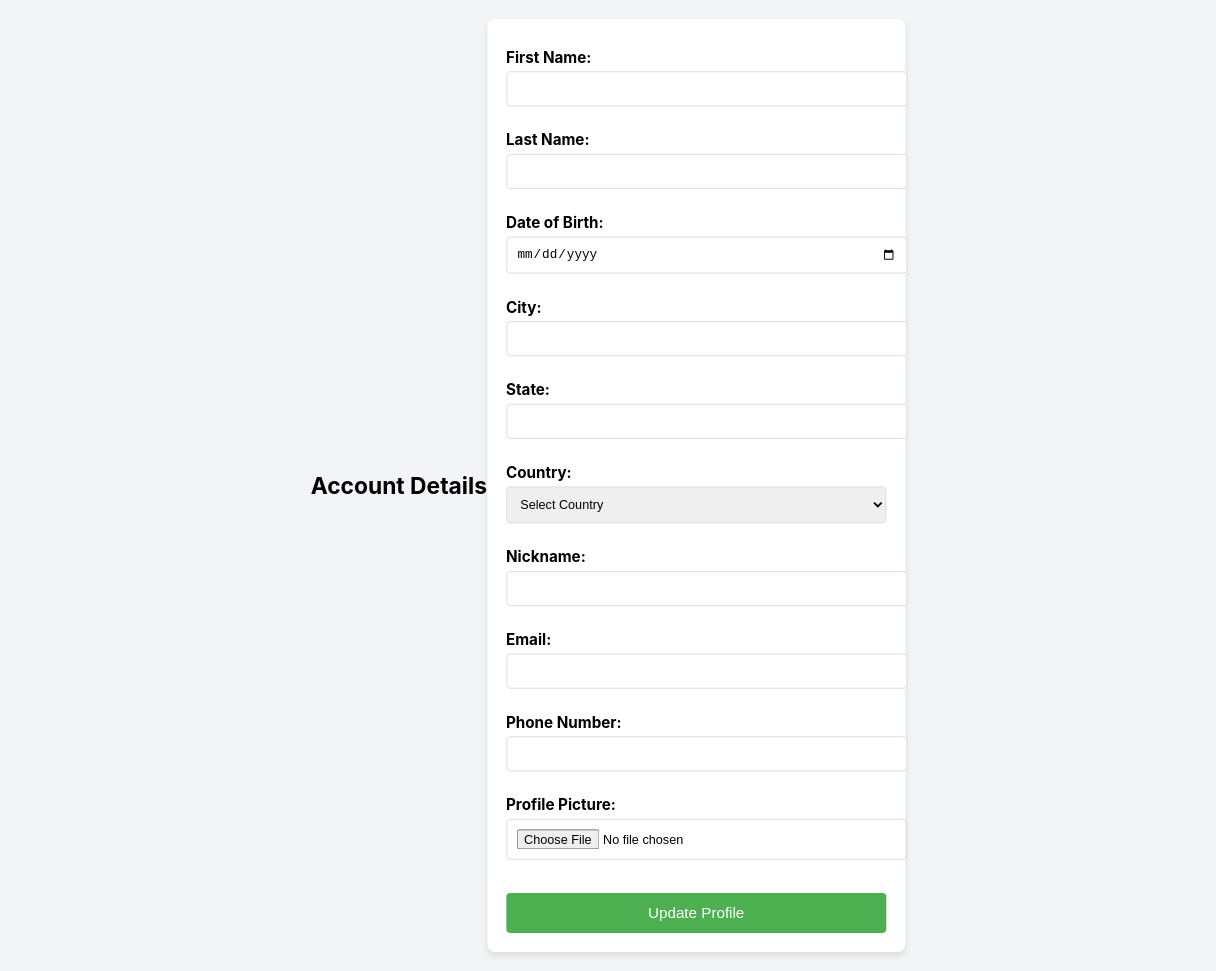
Repository: hamsaram14/dummy4
Page: /profile (app in frontend1/)
The author's editor kept a copy of each file at every save. The page is drawn from the files as they stood at one save, then again after the next save.
The browser window is 1280 px wide. The pictures show the whole page, at 95% of full size.
The page's requests for data from a server got no answer. The project was rebuilt for these pictures with package versions that can differ from the ones it lists, and the page was loaded fresh each time. No one was signed in, and anything a server would have sent is missing.

Above is the page before, as saved 2024-10-11 22:37:41.

After the next save:
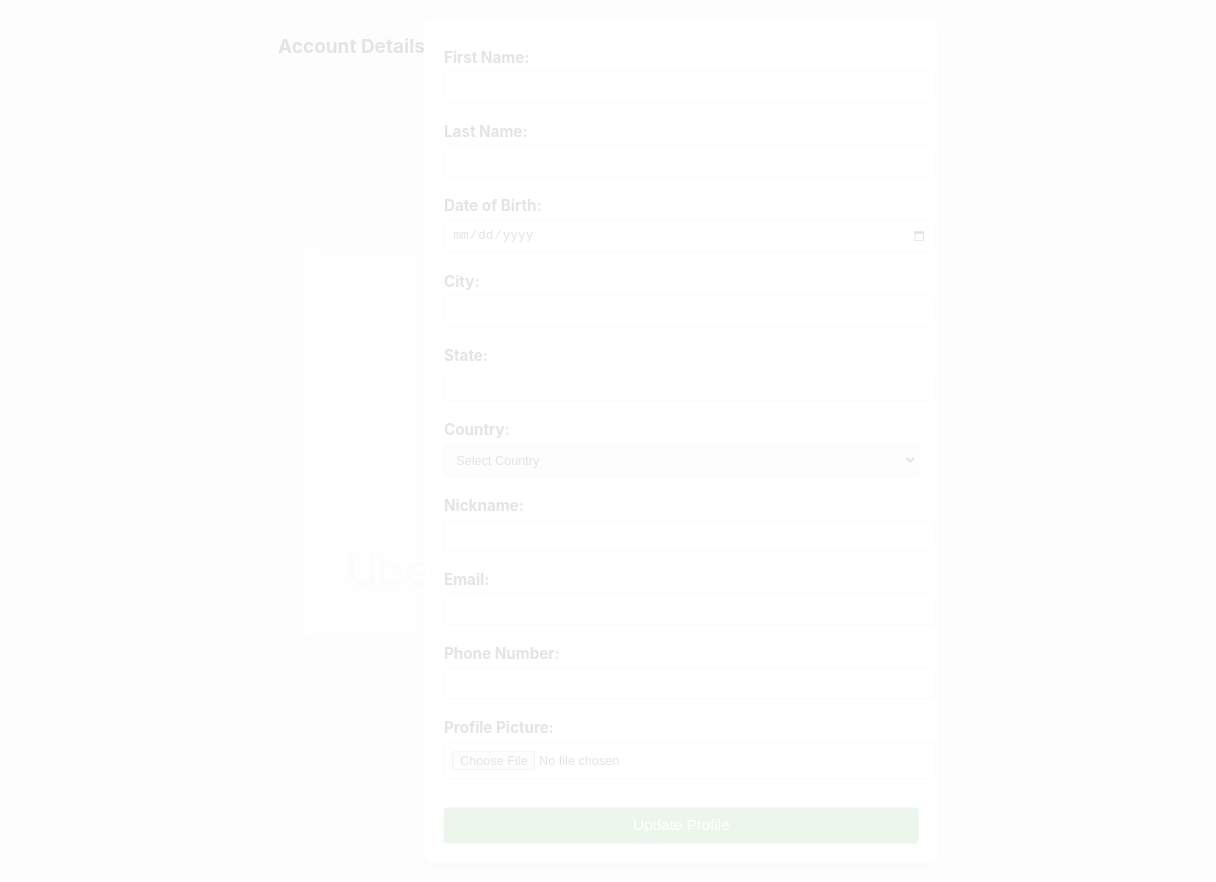
Saved 74 s later.
--- a/frontend1/src/components/ProfilePage.css
+++ b/frontend1/src/components/ProfilePage.css
@@ -1,50 +1,58 @@
-/* ProfilePage.css */
-
+/* Profile page container with background image */
 .profile-page {
     display: flex;
     justify-content: center;
-    align-items: center;
+    align-items: flex-start; /* Start from the top */
     min-height: 100vh;
     background-color: #f3f4f6;
+    background-image: url('/uber_eats.jpg'); /* Make sure this path is correct */
+    background-size: 50%; /* Adjust size as needed */
+    background-repeat: no-repeat;
+    background-position: center center;
+    background-blend-mode: overlay;
+    opacity: 0.1; /* Makes it look subtle */
     padding: 20px;
     position: relative;
-    overflow: hidden;
 }
 
-.profile-page h2 {
-    text-align: center;
-    margin-bottom: 20px;
-    font-size: 24px;
-    font-weight: bold;
-}
-
+/* Profile form container */
 .profile-container {
-    z-index: 1; /* Place content above the background */
+    max-width: 500px;
+    width: 100%;
     padding: 20px;
-    background-color: #fff;
+    background-color: #ffffff;
     border-radius: 8px;
     box-shadow: 0 4px 8px rgba(0, 0, 0, 0.1);
 }
 
+/* Styling the heading */
+.profile-page h2 {
+    text-align: left;
+    font-size: 20px;
+    font-weight: bold;
+    margin-bottom: 20px;
+}
+
+/* Adjust form styling */
 .profile-page label {
     display: block;
     margin-top: 10px;
     font-weight: bold;
 }
 
-.profile-page input,
-.profile-page select {
+.profile-page input, .profile-page select {
     width: 100%;
-    padding: 10px;
+    padding: 8px;
     margin-top: 5px;
-    margin-bottom: 15px;
+    margin-bottom: 10px;
     border: 1px solid #ddd;
     border-radius: 4px;
 }
 
+/* Styling the update button */
 .profile-page button {
     width: 100%;
-    padding: 12px;
+    padding: 10px;
     margin-top: 20px;
     background-color: #4CAF50;
     color: white;
@@ -53,24 +61,3 @@
     font-size: 16px;
     cursor: pointer;
 }
-
-.profile-page .message {
-    text-align: center;
-    color: green;
-    font-weight: bold;
-}
-
-.profile-page::before {
-    content: "";
-    background-image: url('http://localhost:3000/uber_eats.jpg'); /* Use the correct path from the public folder */
-    background-size: 50%; /* Adjust size as needed */
-    background-repeat: no-repeat;
-    background-position: center;
-    position: absolute;
-    top: 0;
-    left: 0;
-    width: 100%;
-    height: 100%;
-    opacity: 0.2; /* Makes the image look shadowed */
-    z-index: -1; /* Ensure it stays behind all other content */
-}

After the 4 saves that followed:
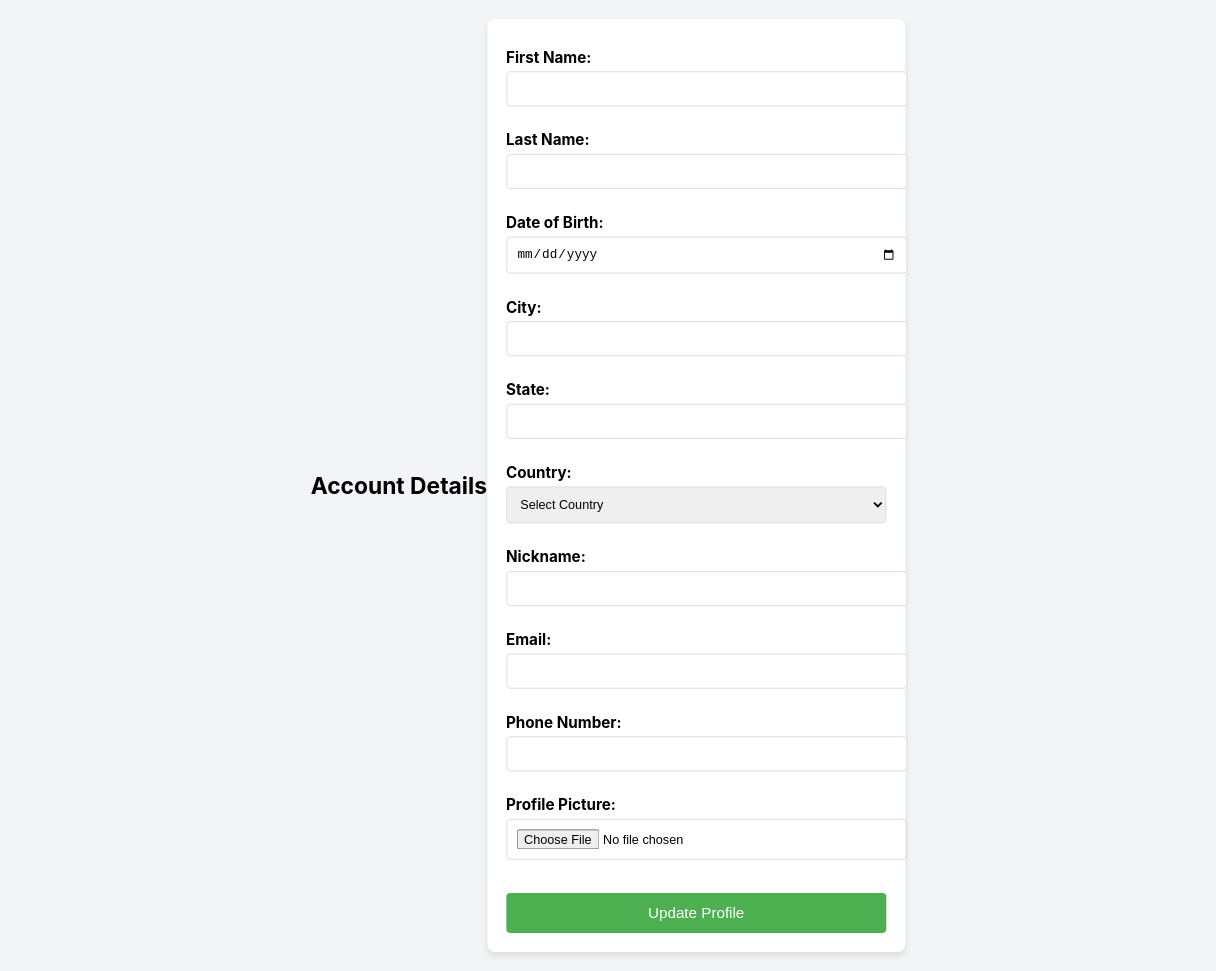
The 4 saves are shown as one change because 1 left the picture as it was and some came seconds apart.
The last was saved 32 s later.
--- a/frontend1/src/components/ProfilePage.css
+++ b/frontend1/src/components/ProfilePage.css
@@ -1,58 +1,50 @@
-/* Profile page container with background image */
+/* ProfilePage.css */
+
 .profile-page {
     display: flex;
     justify-content: center;
-    align-items: flex-start; /* Start from the top */
+    align-items: center;
     min-height: 100vh;
     background-color: #f3f4f6;
-    background-image: url('/uber_eats.jpg'); /* Make sure this path is correct */
-    background-size: 50%; /* Adjust size as needed */
-    background-repeat: no-repeat;
-    background-position: center center;
-    background-blend-mode: overlay;
-    opacity: 0.1; /* Makes it look subtle */
     padding: 20px;
     position: relative;
+    overflow: hidden;
 }
 
-/* Profile form container */
+.profile-page h2 {
+    text-align: center;
+    margin-bottom: 20px;
+    font-size: 24px;
+    font-weight: bold;
+}
+
 .profile-container {
-    max-width: 500px;
-    width: 100%;
+    z-index: 1; /* Place content above the background */
     padding: 20px;
-    background-color: #ffffff;
+    background-color: #fff;
     border-radius: 8px;
     box-shadow: 0 4px 8px rgba(0, 0, 0, 0.1);
 }
 
-/* Styling the heading */
-.profile-page h2 {
-    text-align: left;
-    font-size: 20px;
-    font-weight: bold;
-    margin-bottom: 20px;
-}
-
-/* Adjust form styling */
 .profile-page label {
     display: block;
     margin-top: 10px;
     font-weight: bold;
 }
 
-.profile-page input, .profile-page select {
+.profile-page input,
+.profile-page select {
     width: 100%;
-    padding: 8px;
+    padding: 10px;
     margin-top: 5px;
-    margin-bottom: 10px;
+    margin-bottom: 15px;
     border: 1px solid #ddd;
     border-radius: 4px;
 }
 
-/* Styling the update button */
 .profile-page button {
     width: 100%;
-    padding: 10px;
+    padding: 12px;
     margin-top: 20px;
     background-color: #4CAF50;
     color: white;
@@ -61,3 +53,24 @@
     font-size: 16px;
     cursor: pointer;
 }
+
+.profile-page .message {
+    text-align: center;
+    color: green;
+    font-weight: bold;
+}
+
+.profile-page::before {
+    content: "";
+    background-image: url('http://localhost:3000/uber_eats.jpg'); /* Use the correct path from the public folder */
+    background-size: 50%; /* Adjust size as needed */
+    background-repeat: no-repeat;
+    background-position: center;
+    position: absolute;
+    top: 0;
+    left: 0;
+    width: 100%;
+    height: 100%;
+    opacity: 0.2; /* Makes the image look shadowed */
+    z-index: -1; /* Ensure it stays behind all other content */
+}
